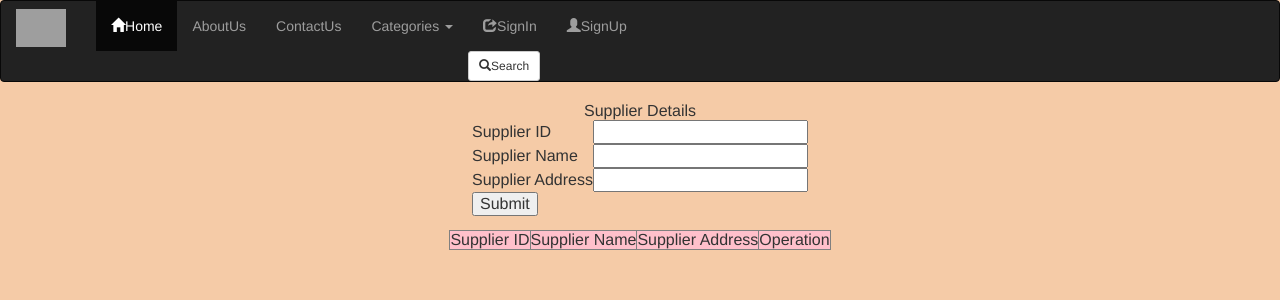
Repository: ananthi024/Java-Programs
Page: http://localhost/ClassyMissyFrontend/WEB-INF/views/Supplier.jsp
These files come from the project's save history. The page is drawn as it stood at one moment and after the next save; the edit follows.
The browser window is 1280 px wide. The pictures show the whole page.
Pictures or frames that could not be fetched are drawn as grey boxes. Some web libraries are served in a nearby version. The page is served by Tomcat 9. Nobody is signed in. The template is opened directly, without the code that normally fills it, so the values that code supplies are empty.

Above is the page before, as saved 2017-06-26 21:40:58.
Console error (its wording comes from the project's code and is left out).

After the next save:
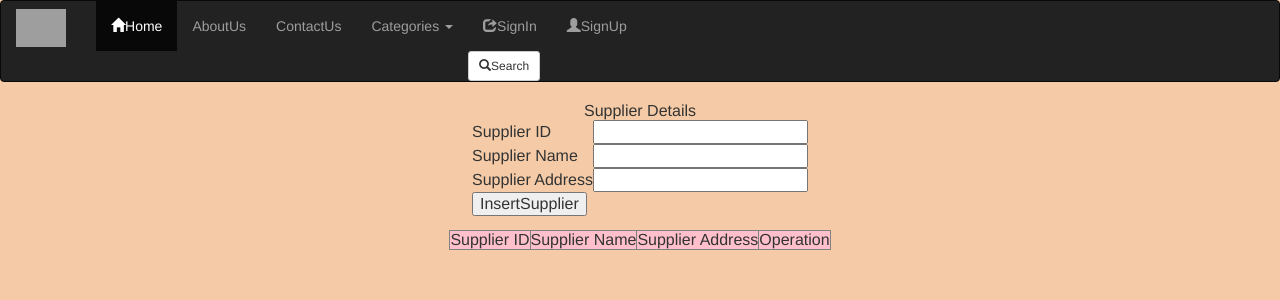
Saved 6 min 52 s later.
--- a/MyProject-29.06.2017/ClassyMissyFrontend/src/main/webapp/WEB-INF/views/Supplier.jsp
+++ b/MyProject-29.06.2017/ClassyMissyFrontend/src/main/webapp/WEB-INF/views/Supplier.jsp
@@ -24,7 +24,7 @@
 			</tr>
 
 			<tr>
-			<td colspan="2"><input type="submit" /></td>
+			<td colspan="2"><input type="submit" value="InsertSupplier" /></td>
 			</tr>
 </table>
 </form:form>
